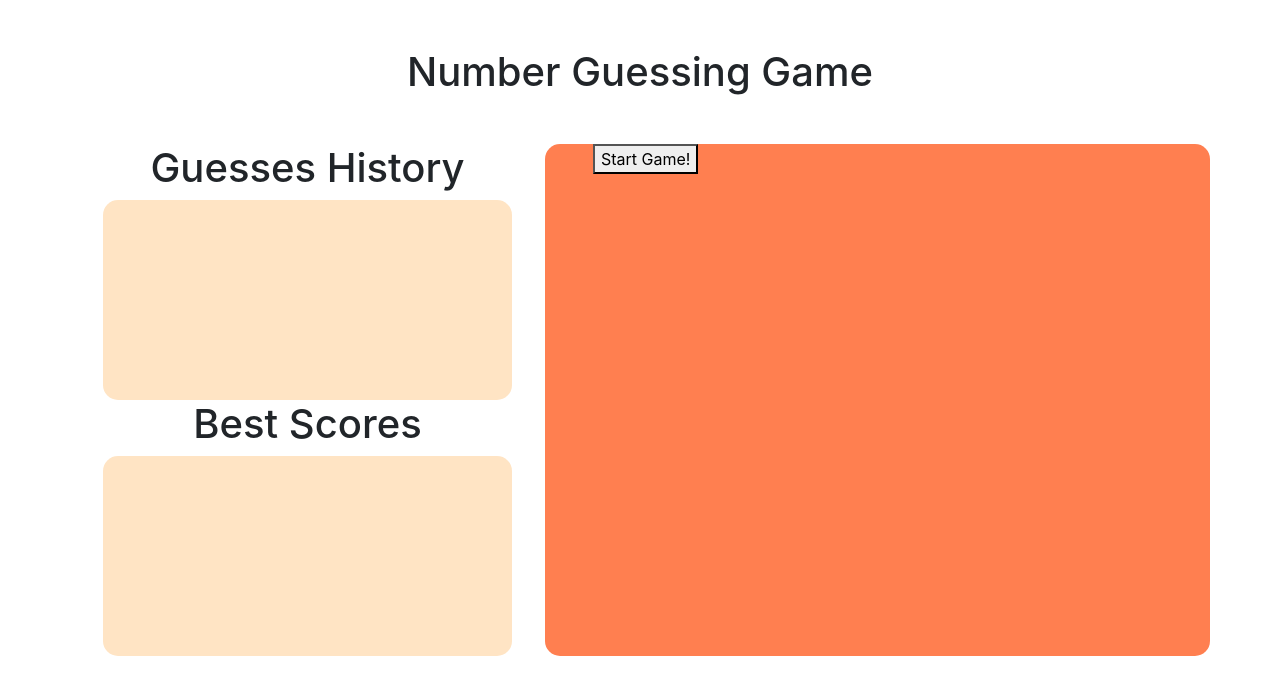
Repository: tts2610/NumberGuessingGame
Page: index.html
An editor plug-in stored every save of this project. The page is shown before and after the next save, followed by the edit.
The browser window is 1280 px wide. The pictures show the whole page.

Above is the page before, as saved 2020-05-13 13:02:31.

After the next save:
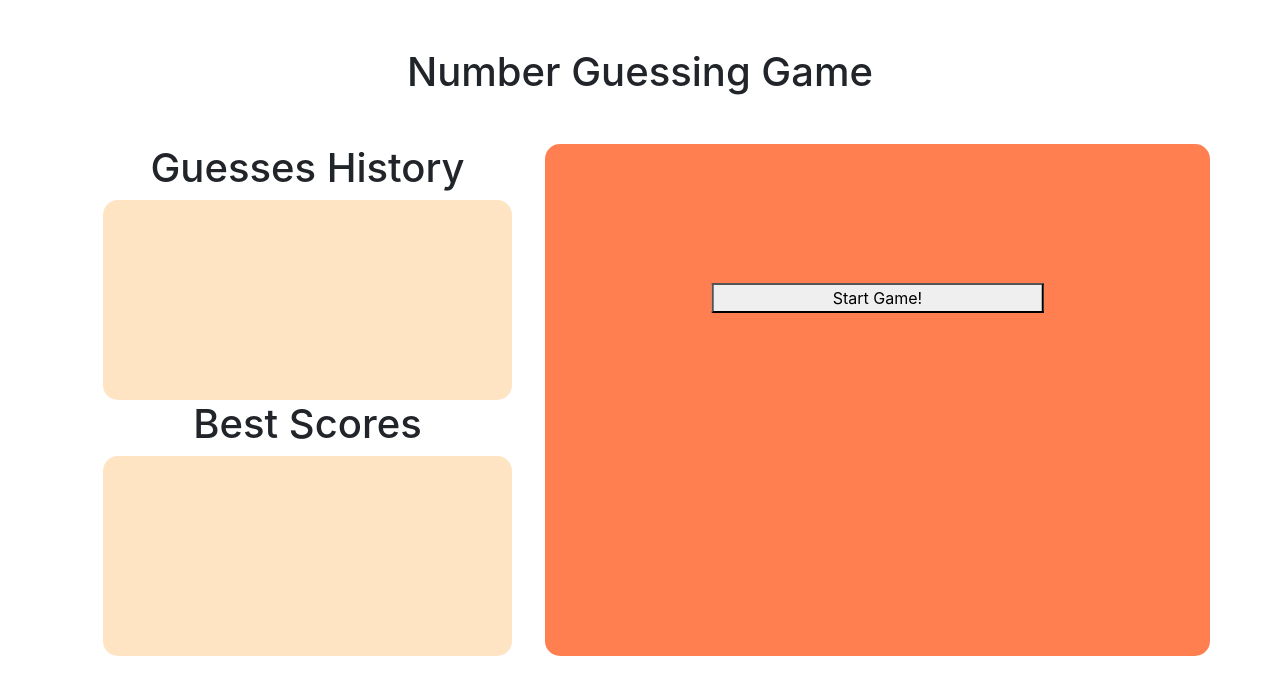
Saved 83 s later.
--- a/css/style.css
+++ b/css/style.css
@@ -42,3 +42,11 @@
 #inputDiv {
     display: none;
 }
+
+#startGameBtn {
+    width: 50%;
+    position: absolute;
+    top: 30%;
+    left: 50%;
+    transform: translate(-50%, -50%);
+}
